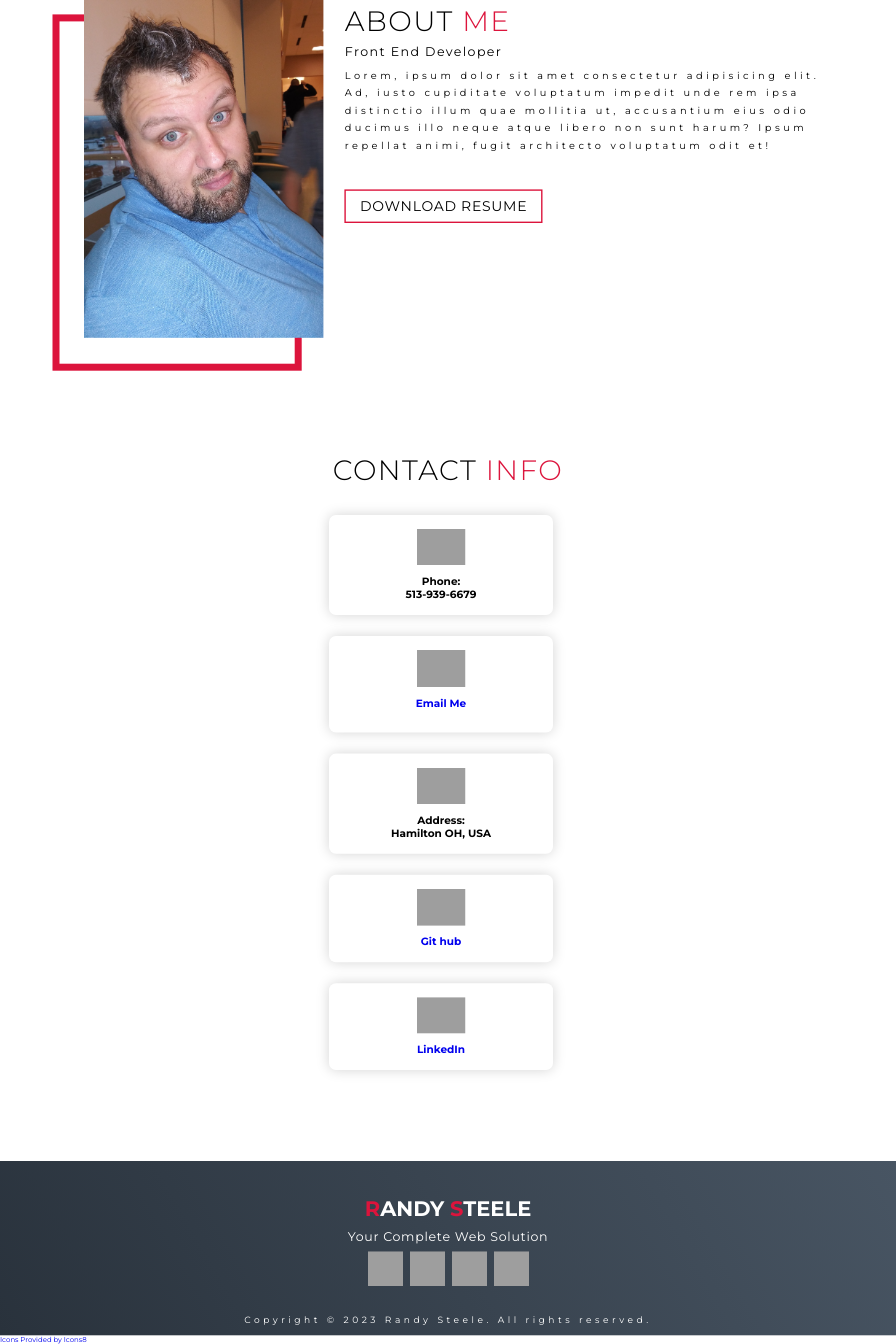
Repository: randysteele/my-portfolio-2023
Page: index.html
These files come from the project's save history. The page is drawn as it stood at one moment and after the next save; the edit follows.
The browser window is 1280 px wide. The pictures show the part of the page from y = 4252 to 6172 px (the page is 6172 px tall before and 5780 px after), at 70% of full size.
Pictures or frames that could not be fetched are drawn as grey boxes.

Above is the page before, as saved 2023-04-23 20:10:44.

### index.html
<!DOCTYPE html>
<html lang="en">
<head>
    <meta charset="UTF-8">
    <meta http-equiv="X-UA-Compatible" content="IE=edge">
    <meta name="viewport" content="width=device-width, initial-scale=1.0">
    <link rel="stylesheet" href="style.css">
    <title>Randy Steele Portfolio</title>
</head>
<body>
    <!-- Hero Section -->
    <section id="hero">
        <div class="hero container">
            <div>
            <h1>Hello, <span></span></h1>
            <h1>My Name Is <span></span></h1>
            <h1>Randy <span></span></h1>
            <a href="#" type="button" class="cta">Portfolio</a>
        </div>
    </div>
    </section>
    <!-- End Hero Section -->

    <!-- Services Section -->
    <section id="services">
        <div class="services container">
          <div class="service-top">
            <h1 class="section-title">Serv<span>i</span>ces</h1>
            <p>Lorem ipsum dolor sit amet consectetur, adipisicing elit. Ipsum deleniti maiores pariatur assumenda quas
              magni et, doloribus quod voluptate quasi molestiae magnam officiis dolorum, dolor provident atque molestias
              voluptatum explicabo!</p>
          </div>
          <div class="service-bottom">
            <div class="service-item">
              <div class="icon"><img src="https://img.icons8.com/bubbles/100/000000/services.png" /></div>
              <h2>Web Design</h2>
              <p>Lorem ipsum dolor sit amet consectetur adipisicing elit. Corporis debitis rerum, magni voluptatem sed
                architecto placeat beatae tenetur officia quod</p>
            </div>
            <div class="service-item">
              <div class="icon"><img src="https://img.icons8.com/bubbles/100/000000/services.png" /></div>
              <h2>Web Design</h2>
              <p>Lorem ipsum dolor sit amet consectetur adipisicing elit. Corporis debitis rerum, magni voluptatem sed
                architecto placeat beatae tenetur officia quod</p>
            </div>
            <div class="service-item">
              <div class="icon"><img src="https://img.icons8.com/bubbles/100/000000/services.png" /></div>
              <h2>Web Design</h2>
              <p>Lorem ipsum dolor sit amet consectetur adipisicing elit. Corporis debitis rerum, magni voluptatem sed
                architecto placeat beatae tenetur officia quod</p>
            </div>
            <div class="service-item">
              <div class="icon"><img src="https://img.icons8.com/bubbles/100/000000/services.png" /></div>
              <h2>Web Design</h2>
              <p>Lorem ipsum dolor sit amet consectetur adipisicing elit. Corporis debitis rerum, magni voluptatem sed
                architecto placeat beatae tenetur officia quod</p>
            </div>
          </div>
        </div>
      </section>
<!-- End Services Section -->

 <!-- Projects Section -->
 <section id="projects">
    <div class="projects container">
      <div class="projects-header">
        <h1 class="section-title">Recent <span>Projects</span></h1>
      </div>
      <div class="all-projects">
        <div class="project-item">
          <div class="project-info">
            <h1>Project 1</h1>
            <h2>Coding is Love</h2>
            <p>Lorem, ipsum dolor sit amet consectetur adipisicing elit. Ad, iusto cupiditate voluptatum impedit unde
              rem ipsa distinctio illum quae mollitia ut, accusantium eius odio ducimus illo neque atque libero non sunt
              harum? Ipsum repellat animi, fugit architecto voluptatum odit et!</p>
          </div>
          <div class="project-img">
            <img src="./img/img-1.png" alt="img">
          </div>
        </div>
        <div class="project-item">
          <div class="project-info">
            <h1>Project 2</h1>
            <h2>Coding is Love</h2>
            <p>Lorem, ipsum dolor sit amet consectetur adipisicing elit. Ad, iusto cupiditate voluptatum impedit unde
              rem ipsa distinctio illum quae mollitia ut, accusantium eius odio ducimus illo neque atque libero non sunt
              harum? Ipsum repellat animi, fugit architecto voluptatum odit et!</p>
          </div>
          <div class="project-img">
            <img src="./img/img-1.png" alt="img">
          </div>
        </div>
        <div class="project-item">
          <div class="project-info">
            <h1>Project 3</h1>
            <h2>Coding is Love</h2>
            <p>Lorem, ipsum dolor sit amet consectetur adipisicing elit. Ad, iusto cupiditate voluptatum impedit unde
              rem ipsa distinctio illum quae mollitia ut, accusantium eius odio ducimus illo neque atque libero non sunt
              harum? Ipsum repellat animi, fugit architecto voluptatum odit et!</p>
          </div>
          <div class="project-img">
            <img src="./img/img-1.png" alt="img">
          </div>
        </div>
        <div class="project-item">
          <div class="project-info">
            <h1>Project 4</h1>
            <h2>Coding is Love</h2>
            <p>Lorem, ipsum dolor sit amet consectetur adipisicing elit. Ad, iusto cupiditate voluptatum impedit unde
              rem ipsa distinctio illum quae mollitia ut, accusantium eius odio ducimus illo neque atque libero non sunt
              harum? Ipsum repellat animi, fugit architecto voluptatum odit et!</p>
          </div>
          <div class="project-img">
            <img src="./img/img-1.png" alt="img">
          </div>
        </div>
        <div class="project-item">
          <div class="project-info">
            <h1>Project 5</h1>
            <h2>Coding is Love</h2>
            <p>Lorem, ipsum dolor sit amet consectetur adipisicing elit. Ad, iusto cupiditate voluptatum impedit unde
              rem ipsa distinctio illum quae mollitia ut, accusantium eius odio ducimus illo neque atque libero non sunt
              harum? Ipsum repellat animi, fugit architecto voluptatum odit et!</p>
          </div>
          <div class="project-img">
            <img src="./img/img-1.png" alt="img">
          </div>
        </div>
      </div>
    </div>
  </section>
  <!-- End Projects Section -->


<!-- End Projects Section -->

<!-- About Section -->

<section id="about">
    <div class="about container">
        <div class="col-left">
            <div class="about-img">
                <img src="./img/about.jpeg" alt="img">
            </div>
        </div>
        <div class="col-right">
            <h1 class="section-title">About <span>me</span></h1>
            <h2>Front End Developer</h2>
            <p>Lorem, ipsum dolor sit amet consectetur adipisicing elit. Ad, iusto cupiditate voluptatum impedit unde
                rem ipsa distinctio illum quae mollitia ut, accusantium eius odio ducimus illo neque atque libero non sunt
                harum? Ipsum repellat animi, fugit architecto voluptatum odit et!</p>
                <a class="cta" href="#">Download Resume</a>
        </div>
    </div>
</section>
<!-- End About Section -->

<!-- Contact Section -->
<section id="contact">
    <div class="contact container">
        <div><h1 class="section-title">Contact <span>info</span></h1></div>
        <div class="contact-items">
            <div class="contact-item">
                <div class="icon"><img src="https://img.icons8.com/external-flatart-icons-flat-flatarticons/64/null/external-phone-contact-us-flatart-icons-flat-flatarticons.png"/></div>
                <div class="contact-info">
                    <h1>Phone:</h1>
                    <h2>513-939-6679</h2>
                    <h2></h2>
                </div>
            </div>
            <div class="contact-item">
                <div class="icon"><img src="https://img.icons8.com/color/48/000000/filled-message.png"/></div>
                <div class="contact-info">
                    <h1></h1>
                    <h2><a href="mailto:steelerx155@gmail.com">Email Me </a></h2><br>
                    <h2></h2>
                </div>
            </div>

            <div class="contact-item">
                <div class="icon"><img src="https://img.icons8.com/external-color-outline-adri-ansyah/64/null/external-property-real-estate-color-outline-adri-ansyah-39.png"/></div>
                <div class="contact-info">
                    <h1>Address:</h1>
                    <h2>Hamilton OH, USA </h2>
                    <h2></h2>
                </div>
            </div>
            <div class="contact-item">
                <div class="icon"><img src="https://img.icons8.com/material-two-tone/24/null/github.png"/></div>
                <div class="contact-info">
                    <h2><a  href="https://github.com/randysteele" target="_blank">Git hub</a></h2>
                    <h2></h2>
                </div>
            </div>


            <div class="contact-item">
                <div class="icon"><img src="https://img.icons8.com/dotty/80/null/linkedin.png"/></div>
                <div class="contact-info">
                    <h2><a href="https://www.linkedin.com/in/randysteele/" target="_blank">LinkedIn</a></h2>
                    <h2></h2>
                </div>
            </div>



        </div>
    </div>
</section>
<!-- End Contact Section -->

<!-- Footer Section -->

<section id="footer">
    <div class="footer container">
        <div class="brand"><h1><span>R</span>andy <span>S</span>teele</h1></div>
        <h2>Your Complete Web Solution</h2>
        <div class="social-icon">
            <div class="social-item">
                <a href="#"><img src="https://img.icons8.com/color/48/null/facebook-new.png"/></a>
            </div>

            <div class="social-item">
                <a href="#"><img src="https://img.icons8.com/fluency/48/null/twitter.png"/></a>
            </div>

            <div class="social-item">
                <a href="#"><img src="https://img.icons8.com/ios-glyphs/30/null/instagram-new.png"/></a>
            </div>

            <div class="social-item">
                <a href="#"><img src="https://img.icons8.com/material-two-tone/24/null/github.png"/></a>
            </div>
        </div>
        <p>Copyright © 2023 Randy Steele. All rights reserved.</p>
    </div>
</section>




<!-- End Footer Section -->

</body>
</html>


<a target="_blank" href="https://icons8.com/icon/53429/home-page">Icons Provided by</a>  <a target="_blank" href="https://icons8.com">Icons8</a>

### style.css
@import url('https://fonts.googleapis.com/css2?family=Montserrat:wght@300;400;700&display=swap');
* {
    padding: 0;
    margin: 0;
    box-sizing: border-box;
}
html {
    font-size: 10px;
    font-family: "Montserrat", "sans-serif";
}
a {
    text-decoration: none;
}
.container {
    min-height: 100vh;
    width: 100%;
    display: flex;
    align-items: center;
    justify-content: center;
}

img{
    height: 100%;
    width: 100%;
    object-fit: cover;
}

p {
    color: black;
    font-size: 1.4rem;
    margin-top: 5px;
    line-height: 2.5rem;
    font-weight: 300px;
    letter-spacing: 0.5rem;
}

.section-title {
    font-size: 4rem;
    font-weight: 300;
    color: black;
    margin-bottom: 10px;
    text-transform: uppercase;
    letter-spacing: .2rem;
    text-align: center;
}

.section-title span {
    color: crimson;
}

.brand h1{
    font-size: 3rem;
    text-transform: uppercase;
    color: white;
}

.brand span{
        color: crimson;
}


/* Hero Section */
#hero {
    background-image: url(./img/me1.jpeg);
    background-size: cover;
    background-position: top center;
    position: relative;
    z-index: 1;
}
#hero::after{
    content: '';
    position: absolute;
    left: 0;
    top: 0;
    height: 100%;
    width: 100%;
    background-color: black;
    opacity: 0.7;
    z-index: -1;
}
#hero .hero{
    max-width: 1200px;
    margin: 0 auto;
    padding: 0 50px;
    justify-content: flex-start;
}
#hero h1{
    display: block;
    width: fit-content;
    font-size: 4rem;
    position: relative;
    color: transparent;
    animation: text_reveal 1s ease forwards;
    animation-delay: 1s
}
#hero h1:nth-child(1){
    animation-delay: 1s;
}
#hero h1:nth-child(2){
    animation-delay: 2s;
}
#hero h1:nth-child(3){
    animation: text_reveal_name .5s ease forwards;
    animation-delay: 3s;
}

.cta {
  display: inline-block;
  padding: 10px 30px;
  color: white;
  background-color: transparent;
  border: 2px solid crimson;
  font-size: 2rem;
  text-transform: uppercase;
  letter-spacing: 0.1rem;
  margin-top: 30px;
  transition: 0.3s ease;
  transition-property: background-color, color;
}
.cta:hover {
    color: white;
    background-color: crimson;
}
#hero h1 span {
    position: absolute;
    top: 0;
    left: 0;
    height: 100%;
    width: 0;
    background-color: crimson;
    animation: text_reveal_box 1s ease;
    animation-delay: .3s;
}

#hero h1:nth-child(1) span {
    animation-delay: 1s;
}
#hero h1:nth-child(2) span {
    animation-delay: 2s;
}

#hero h1:nth-child(3) span {
    animation-delay: 3s;
}

/* End Hero Section */


/* Services Section */

#services .services{
 flex-direction: column;
 text-align: center;
 max-width: 1500px;
 margin: 0 auto;
 padding: 100px 0;
}


#services .service-top p {
    color: black;
    font-size: 1.4rem;
    margin-top: 5px;
    line-height: 2.5rem;
    font-weight: 300px;
    letter-spacing: 0.5rem;
}

#services .service-bottom {
    display: flex;
    align-items: center;
    justify-content: center;
    flex-wrap: wrap;
    margin-top: 50px;
}

#services .service-item {
    flex-basis: 80%;
    display: flex;
    align-items: flex-start;
    justify-content: center;
    flex-direction: column;
    padding: 30px;
    border-radius: 10px;
    background-image: url(./img/img-1.png);
    background-size: cover;
    margin: 10px 5%;
    position: relative;
    z-index: 1;
    overflow: hidden;
}

#services .service-item::after {
    content: "";
    position: absolute;
    left: 0;
    top: 0;
    height: 100%;
    width: 100%;
    background-image: linear-gradient(60deg, #29323c 0%, #485563 100%);
    opacity: .8;
    z-index: -1;
}

#services .service-bottom .icon {
  height: 80px;
  width: 80px;
  margin-bottom: 20px;
}

#services .service-item h2 {
    font-size: 2rem;
    color: white;
    margin-bottom: 10px;
    text-transform: uppercase;
}

#services .service-item p{
    color: white;
    text-align: left;
}
/* End Services Section */


/* Projects Section */

#projects .projects{
    flex-direction: column;
    max-width: 1200px;
    margin: 0 auto;
    padding: 100px 0;
}

#projects .projects-header h1{
margin-bottom: 50px;
}

#projects .all-projects {
    display: flex;
    align-items: center;
    justify-content: center;
    flex-direction: column;
}

#projects .project-item {
    display: flex;
    align-items: center;
    justify-content: center;
    flex-direction: column;
    width: 80%;
    margin: 20px auto;
    overflow: hidden;
    border-radius: 10px;

}

#projects .project-info {
    padding: 30px;
    flex-basis: 50%;
    height: 100%;
    display: flex;
    align-items: flex-start;
    justify-content: center;
    flex-direction: column;
    background-image: linear-gradient(60deg, #29323c 0%, #485563 100%);
    color: white;
}
#projects .project-info h1{
    font-size: 4rem;
    font-weight: 500;
}

#projects .project-info h2{
 font-size: 1.8rem;
 font-weight: 500;
 margin-top: 10px;
}

#projects .project-info p {
    color: white;
}

#projects .project-img{
    flex-basis: 50%;
    height: 300px;
    overflow: hidden;
}
#projects .project-img:after {
    content: '';
    position: absolute;
    left: 0;
    top: 0;
    height: 100%;
    width: 100%;
    background-image: linear-gradient(60deg, #29323c 0%, #485563 100%);
    opacity: .7;
}
#projects .project-img img {
    transition: .3s ease transform;
}
#projects .project-item:hover .project-img img {
    transform: scale(1.1);
}
/* End Projects Section */

/* About Section */
#about .about {
    flex-direction: column-reverse;
    text-align: center;
    max-width: 1200px;
    margin: 0 auto;
    padding: 100px 20px;
}
#about .col-left{
   width: 250px;
   height: 360px;
}

#about .col-right{
    width: 100%;
}

#about .col-right h2{
    font-size: 1.8rem;
    font-weight: 500;
    letter-spacing: .2rem;
    margin-bottom: 10px;
}

#about .col-right p{
    margin-bottom: 20px;
}

#about .col-right .cta{
    color: black;
    margin-bottom: 50px;
    padding: 10px 20px;
    font-size: 2rem;
}
#about .col-left .about-img {
    position: relative;
}

#about .col-left .about-img::after {
    content: "";
    position: absolute;
    left: -33px;
    top: 19px;
    height: 98%;
    width: 98%;
    border: 7px solid crimson;
    z-index: -1;
}
/* End About Section */

/* Contact Section */

#contact .contact {
    flex-direction: column;
    max-width: 1200px;
    margin: 0 auto;
}

#contact .contact-items{
    width: 400px;
}

#contact .contact-item{
    width: 80%;
    padding: 20px;
    text-align: center;
    border-radius: 10px;
    margin: 30px;
    display: flex;
    justify-content: center;
    align-items: center;
    flex-direction: column;
    box-shadow: 0px 0px 18px 0px #0000002c;
}

#contact .icon{
    width: 70px;
    margin: 0 auto;
    margin-bottom: 10px;
}

#contact .info h1{
    font-size: 2.5rem;
    font-weight: 500;
    margin-bottom: 5px;
}

#contact .info h1{
    font-size: 1.3rem;
    line-height: 2rem;
    font-weight: 50;
}

#contact .contact-item:hover {
    box-shadow: 0px 0px 5px 0 #0000002c;
    transition: .3x ease box-shadow;
}
/* End Contact Section */

/* Footer Section */

#footer {
    background-image: linear-gradient(60deg, #29323c 0%, #485563 100%);
}

#footer .footer{
  min-height: 200px;
  flex-direction: column;
  padding-top: 50px;
  padding-bottom: 10px;
}

#footer h2 {
    color: white;
    font-weight: 500;
    font-size: 1.8rem;
    letter-spacing: .1rem;
    margin-top: 10px;
    margin-bottom: 10px;
}

#footer .social-icon{
    display: flex;
    margin-bottom: 30px;
}

#footer .social-item{
    height: 50px;
    width: 50px;
    margin: 0 5px;
}

#footer .social-item img{
    filter: grayscale(1);
    transition: .3s ease filter;
}

#footer .social-item:hover img{
    filter: grayscale(0)
}

#footer p{
    color: white;
    font-size: 1.3rem;
}

/* End Footer Section */

/* Keyframes */

@keyframes text_reveal_box {
    50%{
        width: 100%;
        left: 0;
    }
    100%{
        width: 0;
        left: 100%;
    }
}

@keyframes text_reveal{
    100%{
        color: white;

    }
}
@keyframes text_reveal_name{
    100%{
        color: crimson;
        font-weight: 500px;
    }
}

/* End Keyframes  */

/* Media Query For Tablet */

@media only screen and(min-width: 768px){
.cta{
    font-size: 2.5rem;
    padding: 20px 60px;
    }
    h1.section-title{
        font-size: 7rem;
    }
}
/* Hero */

#hero h1{
    font-size: 7rem;
}

/* End Hero */

/* Service Section */

#services .service-bottom .service-item{
    flex-basis: 45%;
    margin: 1.5%;
}
/* End Service Section */

/* Project Section */
#projects .project-item{
    flex-direction: row;
}

#projects .project-item{
    height: 400px;
    margin: 0;
    width: 100%;
    border-radius: 0;
}
#projects .all-projects .project-info{
    height: 100%;
}
#projects .all-projects .project-img{
    height: 100%;
}

#projects .project-item:nth-child(even) {
    flex-direction: row-reverse;
}
/* End Project Section */

/* About Section */
#about .about{
    flex-direction: row;
}

#about .col-left{
    width: 600px;
    height: 400px;
    padding-left: 60px;
}

#about .about .col-left .about-img::After {
    left: -45px;
    top: 34px;
    height: 98%;
    width: 98%;
    border: 10px solid crimson;
}
#about .col-right {
    text-align: left;
    padding: 30px;
}
#about .col-right h1{
    text-align: left;
}
/* End About Section */
/* Contact Section */
#contact .contact{
    flex-direction: column;
    padding: 100px 0;
    align-items: center;
    justify-content: center;
    min-width: 20vh;
}
/* End Media Query For Tablet */

After the next save:
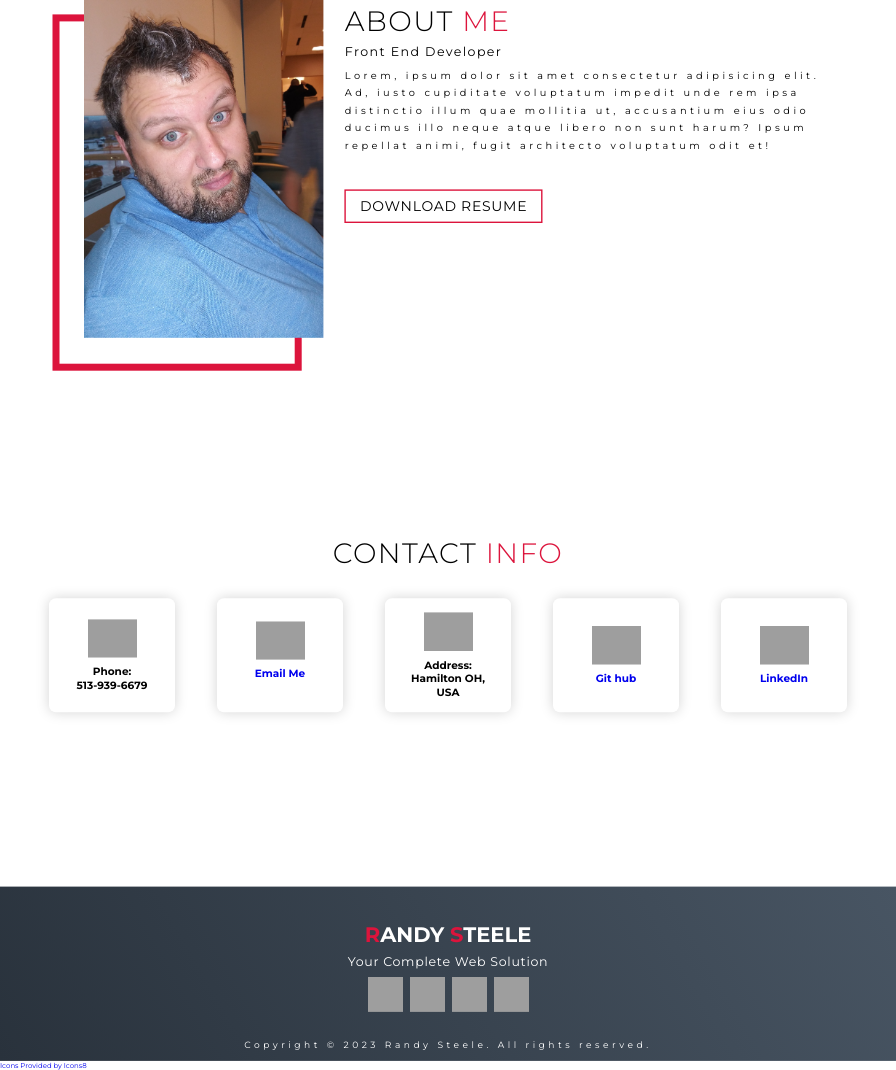
Saved 37 s later.
--- a/style.css
+++ b/style.css
@@ -563,4 +563,9 @@ margin-bottom: 50px;
     justify-content: center;
     min-width: 20vh;
 }
+#contact .contact-items{
+    width: 100%;
+    display: flex;
+    flex-direction: row;
+}
 /* End Media Query For Tablet */
